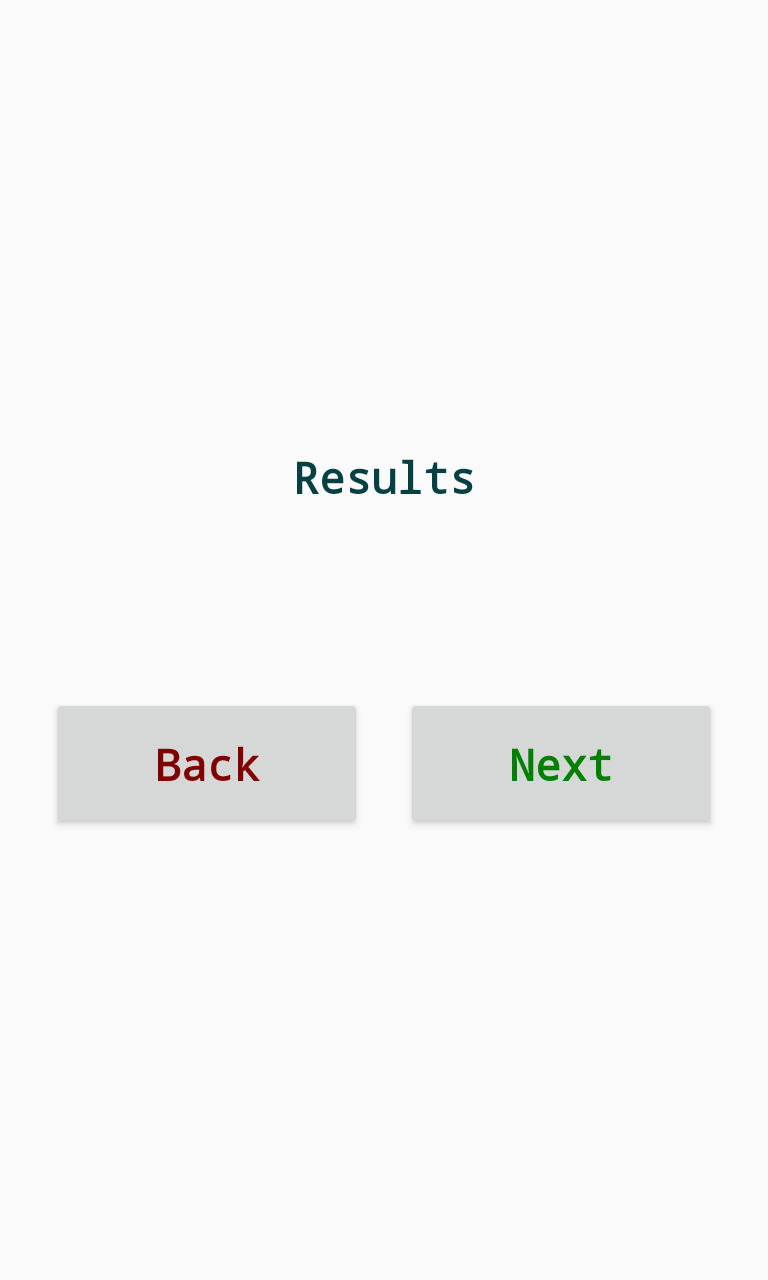
Repository: rontejada1991/Combinations-and-Permutations-Android-App
Layout: combinations/res/layout/activity_result.xml
An editor plug-in stored every save of this project. The layout is shown before and after the next save, followed by the edit.
It is drawn on a 768 x 1280 px phone screen (xhdpi) without system bars, with theme AppTheme; the app's code is not run.

Above is the layout before, as saved 2014-11-07 21:35:22.

After the next save:
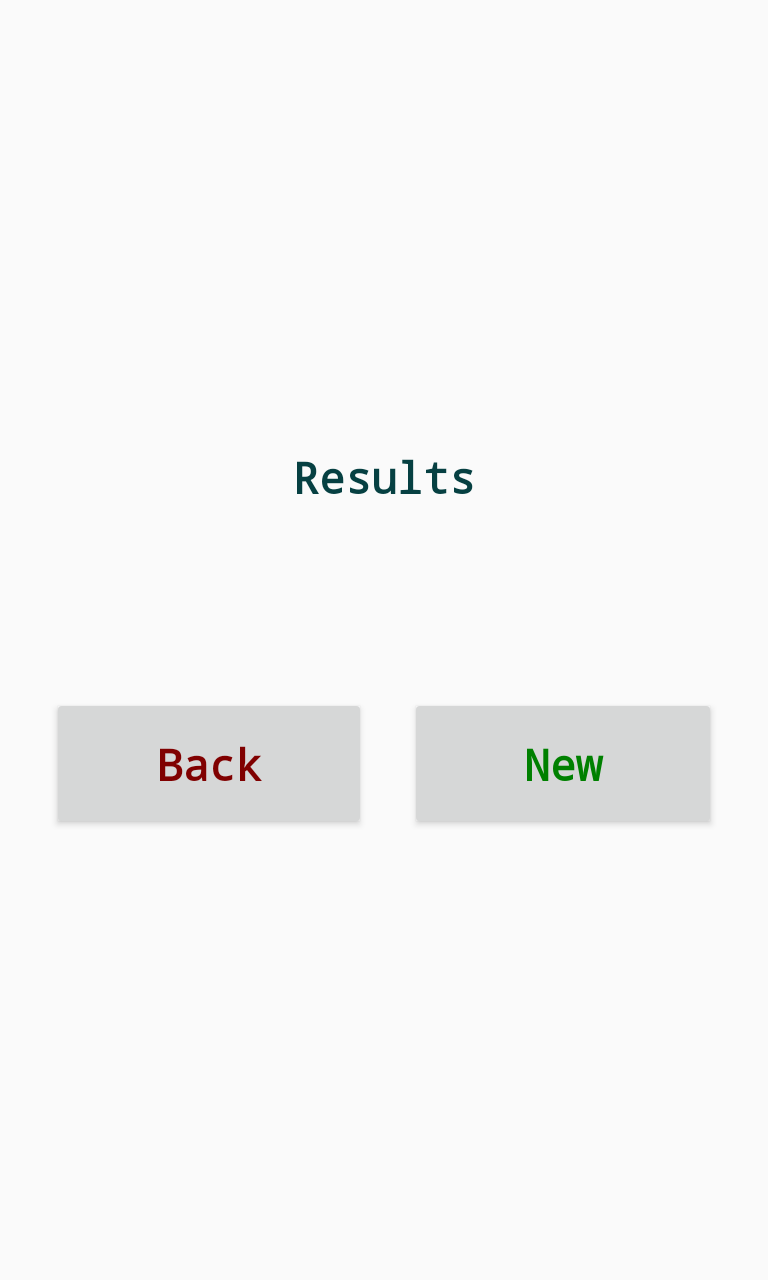
Saved 21 s later.
--- a/combinations/res/layout/activity_result.xml
+++ b/combinations/res/layout/activity_result.xml
@@ -48,9 +48,9 @@
         android:onClick="onBackPressed" />
 
    	<Button
-   	    android:id="@+id/b_next"
+   	    android:id="@+id/b_new_problem"
         style="@style/CodeFont"
-        android:text="Next"
+        android:text="New"
         android:padding="20dp"
         android:layout_weight="1"
         android:textColor="#008000"
